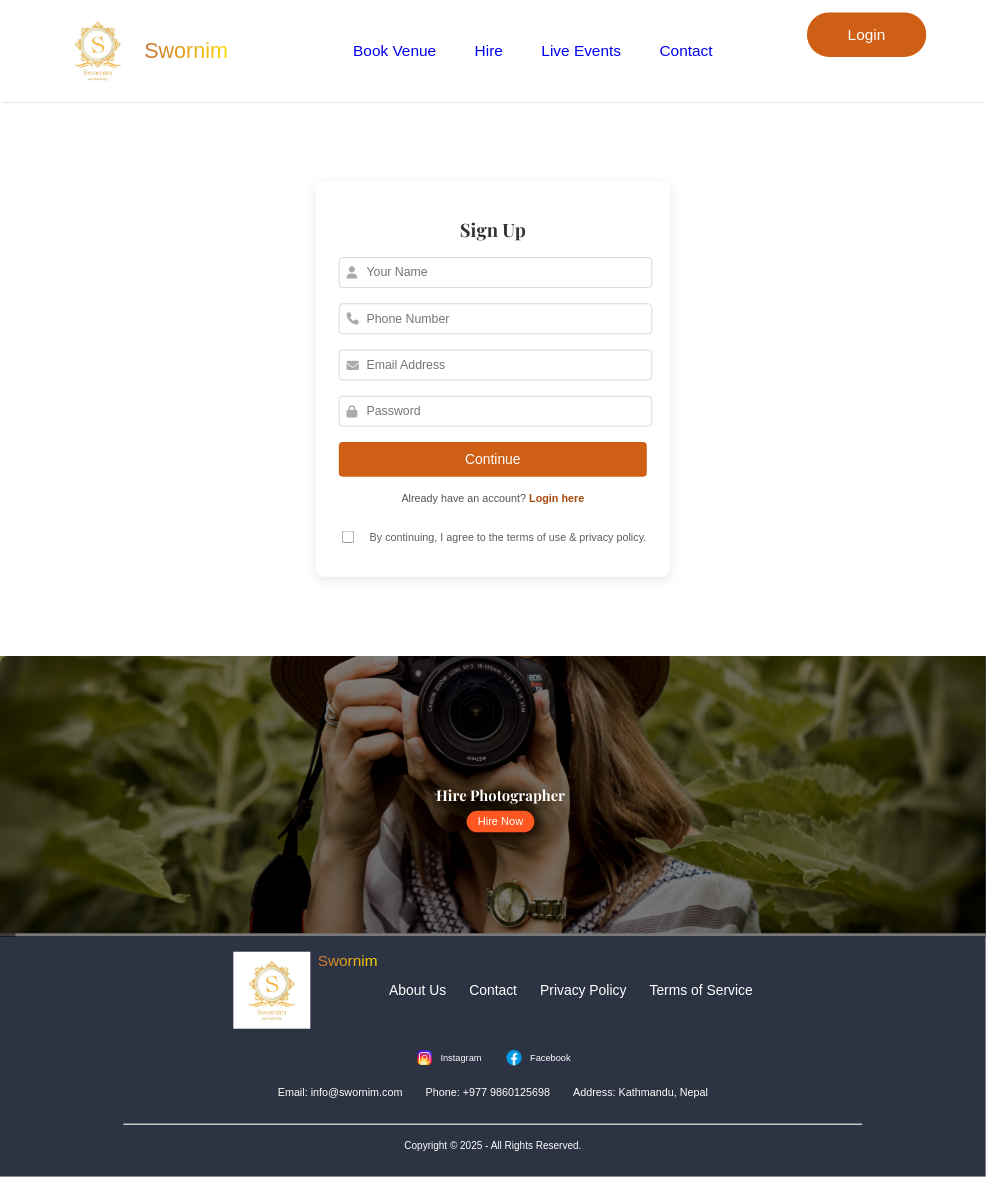
Repository: leonischu/Swornim
Page: /login (app in frontend/)
The author's editor kept a copy of each file at every save. The page is drawn from the files as they stood at one save, then again after the next save.
The browser window is 1280 px wide. The pictures show the whole page, at 77% of full size.
Pictures or frames that could not be fetched are drawn as grey boxes. The project was rebuilt for these pictures with package versions that can differ from the ones it lists, and the page was loaded fresh each time. Also part of the build but not shown: frontend/src/App.css, frontend/src/Pages/Book.jsx, frontend/src/Pages/Contact.jsx.

Above is the page before, as saved 2025-06-01 19:10:28.

### frontend/public/index.html
<!DOCTYPE html>
<html lang="en">
  <head>
    <meta charset="utf-8" />
    <link rel="icon" href="%PUBLIC_URL%/favicon.ico" />
    <meta name="viewport" content="width=device-width, initial-scale=1" />
    <meta name="theme-color" content="#000000" />
    <meta
      name="description"
      content="Web site created using create-react-app"
    />
    <link rel="apple-touch-icon" href="%PUBLIC_URL%/logo192.png" />
    <!--
      manifest.json provides metadata used when your web app is installed on a
      user's mobile device or desktop. See https://developers.google.com/web/fundamentals/web-app-manifest/
    -->
    <link rel="manifest" href="%PUBLIC_URL%/manifest.json" />
    <link href="https://fonts.googleapis.com/css2?family=Lato:wght@400;600&family=Playfair+Display:wght@400;600;700&display=swap" rel="stylesheet">
    <link rel="stylesheet" href="https://cdnjs.cloudflare.com/ajax/libs/font-awesome/6.0.0-beta3/css/all.min.css"/>

    <!--
      Notice the use of %PUBLIC_URL% in the tags above.
      It will be replaced with the URL of the `public` folder during the build.
      Only files inside the `public` folder can be referenced from the HTML.

      Unlike "/favicon.ico" or "favicon.ico", "%PUBLIC_URL%/favicon.ico" will
      work correctly both with client-side routing and a non-root public URL.
      Learn how to configure a non-root public URL by running `npm run build`.
    -->
    <title>Swornim</title>
  </head>
  <body>
    <noscript>You need to enable JavaScript to run this app.</noscript>
    <div id="root"></div>
    <!--
      This HTML file is a template.
      If you open it directly in the browser, you will see an empty page.

      You can add webfonts, meta tags, or analytics to this file.
      The build step will place the bundled scripts into the <body> tag.

      To begin the development, run `npm start` or `yarn start`.
      To create a production bundle, use `npm run build` or `yarn build`.
    -->
  </body>
</html>

### frontend/src/index.css
body {
  margin: 0;
  font-family: -apple-system, BlinkMacSystemFont, 'Segoe UI', 'Roboto', 'Oxygen',
    'Ubuntu', 'Cantarell', 'Fira Sans', 'Droid Sans', 'Helvetica Neue',
    sans-serif;
  -webkit-font-smoothing: antialiased;
  -moz-osx-font-smoothing: grayscale;
  font-family: 'Lato', sans-serif ;
  color: rgb(29, 29, 29);
}
h1, h2, h3, h4, h5, h6 {
  font-family: 'Playfair Display', serif;
  color: rgb(23, 23, 23); /* Default heading color */
  font-weight: bold;
}
.body-medium {
  font-family: 'Lato', sans-serif;
  font-size: 16px;
  color: rgb(29, 29, 29);
}
.title-medium {
  font-family: 'Playfair Display', serif;
  font-size: 20px;
  font-weight: bold;
  color: rgb(23, 23, 23);
}
.headline-small {
  font-family: 'Playfair Display', serif;
  font-size: 24px;
  font-weight: bold;
  color: white; /* White for headings like "Book Venue" */
}

code {
  font-family: source-code-pro, Menlo, Monaco, Consolas, 'Courier New',
    monospace;
}

### frontend/src/App.js

import './App.css';
import { Navbar } from './Components/Navbar/Navbar';
import { BrowserRouter, Routes, Route } from 'react-router-dom';
import { Book } from './Pages/Book';
import { Contact } from './Pages/Contact';
import { LoginSignup } from './Pages/LoginSignup';
import { Footer} from './Components/Footer/Footer';
import Carousel from './Components/Carousel/Carousel';
function App() {
  return (
    <div>
      <BrowserRouter>
      <Navbar/>
       <Routes>
          <Route path='/' element={<Book/>}/>
          <Route path='/contact' element={<Contact/>}/>

          <Route path='/login' element={<LoginSignup/>}/>
          </Routes>
          <Carousel/>
         <Footer/>
      </BrowserRouter>
    </div>
  );
}

export default App;

### frontend/src/Components/Navbar/Navbar.jsx
import React, { useState } from 'react'
import './Navbar.css'

import logo from '../Assets/logo.jpg'
import { Link } from 'react-router-dom';
export const Navbar = () => {
    const [menu, setMenu] = useState(""); // State for active menu item

  return (
    <div className='navbar'>
      <div className='nav-logo'>
        <img src={logo} alt=""/>
        <p>Swornim</p>
      </div>
      <ul className="nav-menu">
        <li onClick={()=>{setMenu("book venue")}}><Link style={{ textDecoration: 'none' }}to='/'>Book Venue</Link>{menu==="book venue"?<hr/>:<></>}</li>
        <li onClick={()=>{setMenu("hire")}}><Link style={{ textDecoration: 'none' }}to='/hire'> Hire</Link>{menu==="hire"?<hr/>:<></>}</li>
        <li onClick={()=>{setMenu("live events")}}><Link style={{ textDecoration: 'none' }} to='/liveevents'>Live Events</Link>{menu==="live events"?<hr/>:<></>}</li>
        <li onClick={()=>{setMenu("contact")}}><Link style={{ textDecoration: 'none' }}  to='/contact'>Contact</Link >{menu==="contact"?<hr/>:<></>}</li>
      </ul>
      <div className='nav-login-cart'>
        <Link to='/login'><button>Login</button></Link>

      </div>
    </div>
  )
}

### frontend/src/Pages/LoginSignup.jsx
import React, { useState } from "react";
import "./CSS/LoginSignup.css";

export const LoginSignup = () => {
  const [isSignup, setIsSignup] = useState(true); // State to toggle between Login and Signup

  return (
    <div className="loginsignup">
      <div className="loginsignup-container">
        <h1>{isSignup ? "Sign Up" : "Login"}</h1>
        <div className="loginsignup-fields">
          {isSignup ? (
            <>
              <div className="input-container">
                <i className="fas fa-user"></i>
                <input type="text" placeholder="Your Name" />
              </div>
              <div className="input-container">
              <i className="fa fa-phone"></i>
              <input type="text" placeholder="Phone Number" />
             </div>
              <div className="input-container">
                <i className="fas fa-envelope"></i>
                <input type="email" placeholder="Email Address" />
              </div>
              <div className="input-container">
                <i className="fas fa-lock"></i>
                <input type="password" placeholder="Password" />
              </div>
            </>
          ) : (
            <>
              <div className="input-container">
                <i className="fas fa-envelope"></i>
                <input type="email" placeholder="Email Address" />
              </div>
              <div className="input-container">
                <i className="fas fa-lock"></i>
                <input type="password" placeholder="Password" />
              </div>

            </>
          )}
        </div>
        <button>{isSignup ? "Continue" : "Login"}</button>
        <p className="loginsignup-login">
          {isSignup ? (
            <>
              Already have an account?{" "}
              <span onClick={() => setIsSignup(false)}>Login here</span>
            </>
          ) : (
            <>
              Don't have an account?{" "}
              <span onClick={() => setIsSignup(true)}>Sign Up</span>
            </>
          )}
        </p>
        {isSignup && (
          <div className="loginsignup-agree">
            <input type="checkbox" />
            <p>By continuing, I agree to the terms of use & privacy policy.</p>
          </div>
        )}
      </div>
    </div>
  );
};

### frontend/src/Components/Footer/Footer.jsx
import React from 'react'
import './Footer.css'
import footer_logo from '../Assets/logo.jpg'
import instagram_icon from '../Assets/instagram_icon.png'
import facebook_icon from '../Assets/facebook_icon.png'

export const Footer = () => {
  return (
    <div className='footer'>

      {/* Logo and Navigation Links */}
      <div className='footer-top'>
        <div className="footer_logo">
          <img src={footer_logo} alt='logo' />
          <p>Swornim</p>

        </div>

        <ul className='footer-links'>
          <li>About Us</li>
          <li>Contact</li>
          <li>Privacy Policy</li>
          <li>Terms of Service</li>
        </ul>
      </div>

      {/* Social Icons */}
      <div className="footer-social-section">
        <div className="footer-social-icon">
          <a
            href="https://instagram.com"
            target="_blank"
            rel="noopener noreferrer"
            className='footer-icons-container'
          >
            <img src={instagram_icon} alt="Instagram" />
            <span>Instagram</span>
          </a>
          <a
            href="https://facebook.com"
            target="_blank"
            rel="noopener noreferrer"
            className='footer-icons-container'
          >
            <img src={facebook_icon} alt="Facebook" />
            <span>Facebook</span>
          </a>
        </div>
      </div>

      {/* Contact Info */}
      <div className="footer-contact">
        <p>Email: info@swornim.com</p>
        <p>Phone: +977 9860125698 </p>
        <p>Address: Kathmandu, Nepal</p>
      </div>

      {/* Copyright */}
      <div className="footer-copyright">
        <hr />
        <p>Copyright © 2025 - All Rights Reserved.</p>
      </div>

    </div>
  )
}

### frontend/src/Components/Carousel/Carousel.jsx
import React from 'react';
import Slider from "react-slick";
import "slick-carousel/slick/slick.css";
import "slick-carousel/slick/slick-theme.css";
import "./Carousel.css";
const Carousel = () => {
  const settings = {
    dots: true,
    infinite: true,
    speed: 500,
    slidesToShow: 1,
    slidesToScroll: 1,
    autoplay: true,
    autoplaySpeed: 3000,
  };

  const slides = [
    {
      title: "Book Your Event",
      image: require("../Assets/venue.jpg"),
      buttonText: "Book Now",
    },
    {
      title: "Hire Photographer",
      image: require("../Assets/photographer.jpg"),
      buttonText: "Hire Now",
    },
    {
      title: "Hire Makeup Artist",
      image: require("../Assets/makeupartist.jpg"),
      buttonText: "Hire Now",
    },
    {
      title: "Get Into Live Events",
      image: require("../Assets/liveevent.jpg"),
      buttonText: "Explore Now",
    },
  ];

return (
  <div className="carousel-container">
    <Slider {...settings}>
      {slides.map((slide, index) => (
        <div key={index} className="carousel-slide">
          <img
            src={slide.image}
            alt={slide.title}
            className="carousel-image"
          />
          <div className="carousel-overlay">
            <h2 className="carousel-title">{slide.title}</h2>
            <button className="carousel-button">{slide.buttonText}</button>
          </div>
        </div>
      ))}
    </Slider>
  </div>
);
}

export default Carousel;

### frontend/src/Components/Navbar/Navbar.css
.navbar{
    display:flex;
    justify-content: space-around;
    padding: 16px;
    box-shadow: 0 1px 3px -2px black;
}
.nav-logo{
    display: flex;
    align-items: center;
    gap: 10px;
}
.nav-logo p {
    background: linear-gradient(to right, rgba(199, 116, 57, 1), #FFD700);
    -webkit-background-clip: text;
    -webkit-text-fill-color: transparent;
    background-clip: text; /* Optional for broader support */
    font-size: 28px;
    font-weight: 400;
}
.nav-logo img {
    width: 100px; /* Adjust the width of an image/icon */
    height: auto;
}
.nav-menu{
    display: flex;
    align-items: center;
    list-style: none;
    gap: 50px;
    color: black;
    font-size: 20px;
    font-weight: 500;

}
.nav-menu li{
    display: flex;
    flex-direction: column;
    align-items: center;
    justify-content: center;
    gap: 3px;
    cursor: pointer;

}
.nav-menu hr{
    border: none;
    width: 90%;
    height: 3px;
    border-radius: 15px;
    background: rgba(207, 95, 20, 1);

}
.nav-login-cart {
    display: flex; /* Flexbox layout */
    gap: 15px; /* Adjust the gap between buttons */
}
.nav-login-cart button{
    width: 155px;
    height: 58px;
    outline: none;
    border: 1px solid transparent;
    border-radius: 75px;
    background-color: rgba(207, 95, 20, 1);
    color: white;
    font-size: 20px;
    font-weight: 500;
    cursor: pointer;
}
.nav-login-cart button:active{
    background: rgba(44, 51, 66, 1);
}

### frontend/src/Pages/CSS/LoginSignup.css
body, html {
  margin: 0;
  padding: 0;
  box-sizing: border-box;
  font-family: 'Arial', sans-serif;
}

.loginsignup {
  width: 100%;
  height: 100vh;
  display: flex;
  justify-content: center;
  align-items: center;
  background: none; /* No background color */
}

.loginsignup-container {
  width: 400px;
  padding: 30px;
  background: white;
  border-radius: 10px;
  box-shadow: 0 4px 15px rgba(0, 0, 0, 0.1);
  text-align: center;
}

.loginsignup-container h1 {
  margin-bottom: 20px;
  color: #333;
  font-size: 24px;
}

.input-container {
  position: relative;
  margin-bottom: 20px;
}

.input-container i {
  position: absolute;
  top: 50%;
  left: 10px;
  transform: translateY(-50%);
  color: #aaa;
  font-size: 16px;
}

.input-container input {
  width: calc(100% - 40px);
  padding: 10px 10px 10px 35px;
  border: 1px solid #ccc;
  border-radius: 5px;
  font-size: 16px;
  outline: none;
  color: #333;
}

.input-container input:focus {
  border-color: #555;
}

button {
  width: 100%;
  padding: 12px;
  border: none;
  border-radius: 5px;
  background: rgba(207, 95, 20, 1);
  color: white;
  font-size: 18px;
  cursor: pointer;
  transition: background 0.3s ease-in-out;
}

button:hover {
  background: rgba(165, 75, 15, 1);
}

.loginsignup-login {
  margin-top: 20px;
  color: #555;
  font-size: 14px;
}

.loginsignup-login span {
  color: rgba(165, 75, 15, 1);;
  font-weight: bold;
  cursor: pointer;
}

.loginsignup-login span:hover {
  text-decoration: underline;
}

.loginsignup-agree {
  display: flex;
  align-items: center; /* Vertically aligns checkbox and text */
  gap: 10px; /* Space between the checkbox and the text */
  margin-top: 20px;
  font-size: 14px;
  color: #5c5c5c;
}

.loginsignup-agree input {
  margin-right: 10px;
}

.loginsignup-agree input[type='checkbox'] {
  width: 16px; /* Adjust the size of the checkbox */
  height: 16px;
  cursor: pointer; /* Makes the checkbox more interactive */
}

### frontend/src/Components/Footer/Footer.css
.footer {
  display: flex;
  flex-direction: column;
  align-items: center;
  gap: 25px; /* Increased gap for better spacing */
  padding: 20px 0;
  background-color: rgba(44, 51, 66, 1);
  color: white;
  font-family: Arial, sans-serif;
  font-size: 14px;
}

/* Top section with logo and links */
.footer-top {
   display: flex;
  justify-content: center;
  align-items: center;
  gap: 15px;
  width: 90%;
  max-width: 1200px;
  text-align: center;
}

.footer_logo {
  display: flex;
  flex-direction: column
  align-items: center;
  gap: 10px;
}

.footer_logo img {
  width: 100px;
  height: auto;

}

.footer_logo p {
  background: linear-gradient(to right, rgba(199, 116, 57, 1), #FFD700);
  -webkit-background-clip: text;
  -webkit-text-fill-color: transparent;
  font-size: 20px;
  font-weight: 500;
  margin: 0;
}

.footer-links {
  display: flex;
  list-style: none;
  gap: 30px;
  padding: 0;
  margin: 0;
  font-size: 18px;
  justify-content: center;
}

.footer-links li {
  cursor: pointer;
  transition: color 0.3s;

}

.footer-links li:hover {
  color: #ffa500;
}

/* Social Icons Section */
.footer-social-section {
  width: 90%;
  max-width: 1200px;
  text-align: center;
}

.footer-social-icon {
  display: flex;
  justify-content: center;
  gap: 30px;
}

.footer-icons-container {
  display: flex;
  align-items: center;
  gap: 8px;
  text-decoration: none;
  color: white;
  background: none;
  border: none;
  cursor: pointer;
  transition: color 0.3s ease;
}

.footer-icons-container img {
  width: 25px;
  height: 25px;
}

.footer-icons-container span {
  font-size: 12px;
}

.footer-icons-container:hover {
  color: #ff5722;
}

/* Contact Info Section */
.footer-contact {
  display: flex;
  flex-wrap: wrap;
  justify-content: center;
  gap: 30px;
  text-align: center;
  width: 90%;
  max-width: 1200px;
  font-size: 14px;
}

.footer-contact p {
  margin: 0;
}

/* Copyright Section */
.footer-copyright {
  display: flex;
  flex-direction: column;
  align-items: center;
  width: 100%;
  max-width: 1200px;
  color: white;
  font-size: 13px;
  text-align: center;
}

.footer-copyright hr {
  width: 80%;
  border: none;
  border-radius: 10px;
  height: 2px;
  background: #c7c7c7;
}

### frontend/src/Components/Carousel/Carousel.css
/* Carousel container */
.carousel-container {
  width: 100vw;
  margin: 0 auto;
  overflow: hidden;
}

/* Each slide */
.carousel-slide {
  position: relative;
  display: flex;
  justify-content: center;
  align-items: center;
}

/* Image styles */
.carousel-image {
  width: 100vw;
  height: 50vh;    /* Half viewport height */
  object-fit: cover; /* Ensures the image fills the area without distortion */
  border-radius: 0;
  box-shadow: 0px 4px 8px rgba(0, 0, 0, 0.1);
}

/* Overlay styles */
.carousel-overlay {
  position: absolute;
  top: 0;
  left: 0;
  width: 100%;
  height: 100%;
  background: rgba(0, 0, 0, 0.5); /* Slightly darker overlay */
  display: flex;
  flex-direction: column;
  justify-content: center;
  align-items: center;
  border-radius: 10px;
  padding: 10px;
}

/* Title styles */
.carousel-title {
  color: white;
  font-size: 1.2rem; /* Smaller font size for titles */
  font-weight: bold;
  margin-bottom: 8px;
  text-align: center;
}

/* Button styles */
.carousel-button {
  background-color: #ff5722;
  color: white;
  display: inline-block;
  width: auto;
  max-width: 150px;
  padding: 6px 14px; /* Smaller padding for buttons */
  border: none;
  border-radius: 20px;
  font-size: 0.9rem; /* Smaller button font size */
  cursor: pointer;
  box-shadow: 0px 2px 6px rgba(0, 0, 0, 0.2);
  transition: background-color 0.3s ease;
}

.carousel-button:hover {
  background-color: #e64a19;
}

Loaded but not shown: frontend/src/index.js (common file); frontend/src/reportWebVitals.js (common file)

After the next save:
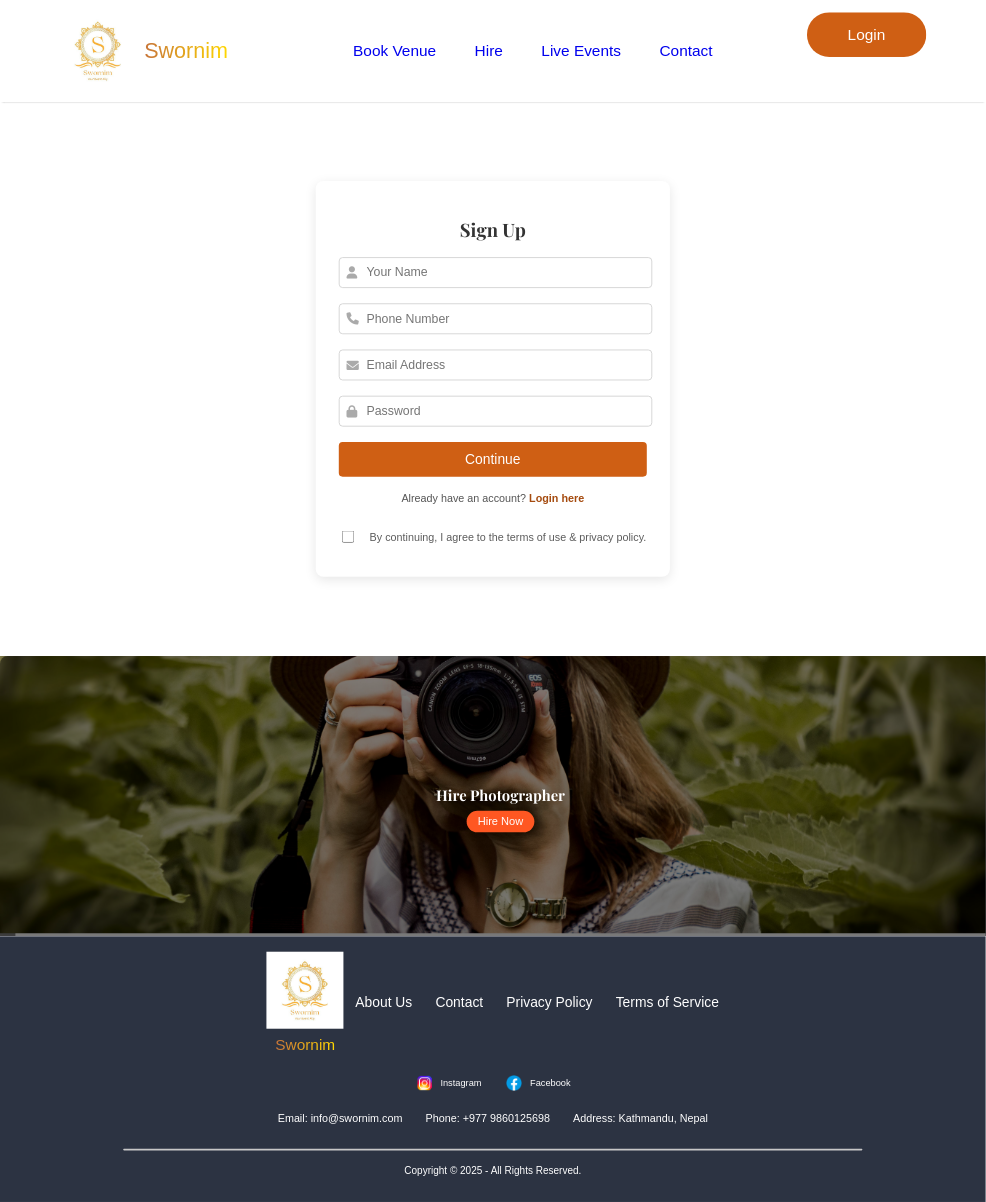
Saved 19 s later.
--- a/frontend/src/Components/Footer/Footer.css
+++ b/frontend/src/Components/Footer/Footer.css
@@ -23,7 +23,7 @@
 
 .footer_logo {
   display: flex;
-  flex-direction: column
+  flex-direction: column;
   align-items: center;
   gap: 10px;
 }
